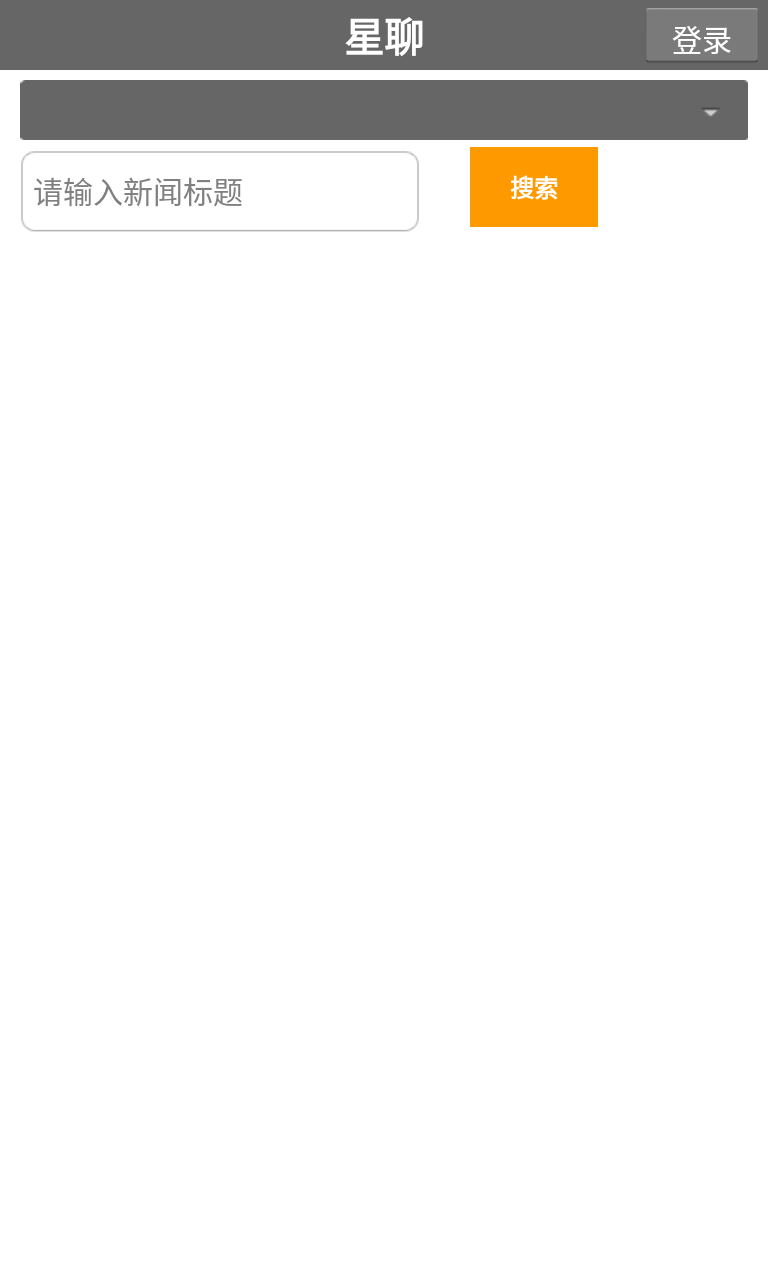
Repository: sxuu0018/undergraduate_project
Layout: Folder/Folder/Folder/重要的内容/2015124013_徐思加_星聊社交软件（android）的设计与实现/最后的备份/移动端/workspace-app/xingliao_app/res/layout/news2.xml
These files come from the project's save history. The layout is drawn as it stood at one moment and after the next save; the edit follows.
It is drawn on a 768 x 1280 px phone screen (xhdpi) without system bars, with theme AppTheme; the app's code is not run. Lists and similar views that code fills are empty.

Above is the layout before, as saved 2019-04-28 15:28:18.

After the next save:
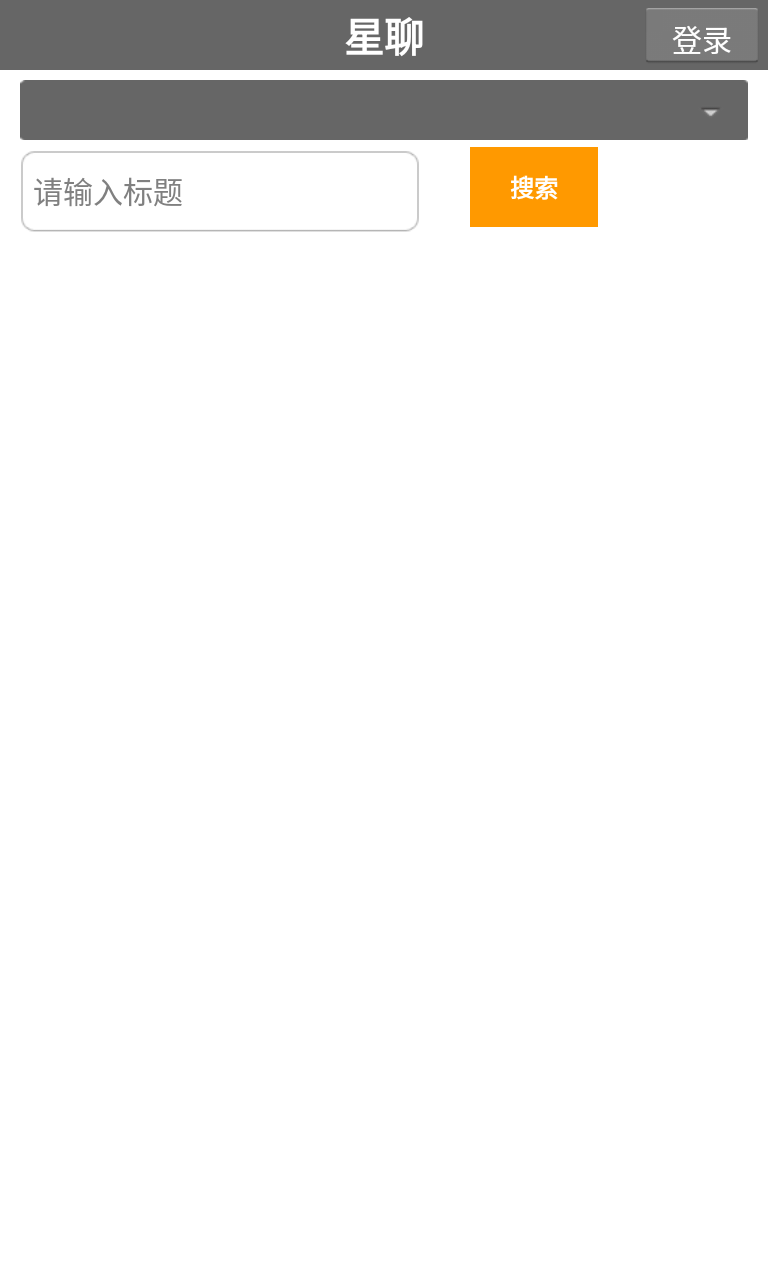
Saved 87 s later.
--- a/Folder/Folder/Folder/重要的内容/2015124013_徐思加_星聊社交软件（android）的设计与实现/最后的备份/移动端/workspace-app/xingliao_app/res/layout/news2.xml
+++ b/Folder/Folder/Folder/重要的内容/2015124013_徐思加_星聊社交软件（android）的设计与实现/最后的备份/移动端/workspace-app/xingliao_app/res/layout/news2.xml
@@ -65,7 +65,7 @@
 	    android:layout_marginRight="10dp"
 	    android:singleLine="true"
 	    android:background="@drawable/login_editbox"
-	    android:hint="请输入新闻标题"/>
+	    android:hint="请输入标题"/>
 
 
 
